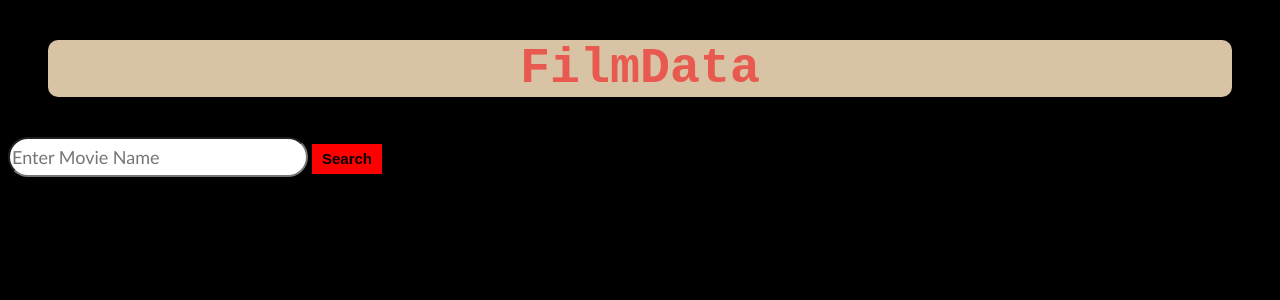
Repository: priyankajainmodi/film_data
Page: index.html
These files come from the project's save history. The page is drawn as it stood at one moment and after the next save; the edit follows.
The browser window is 1280 px wide. The pictures show the whole page.

Above is the page before, as saved 2021-11-25 22:31:33.

After the next save:
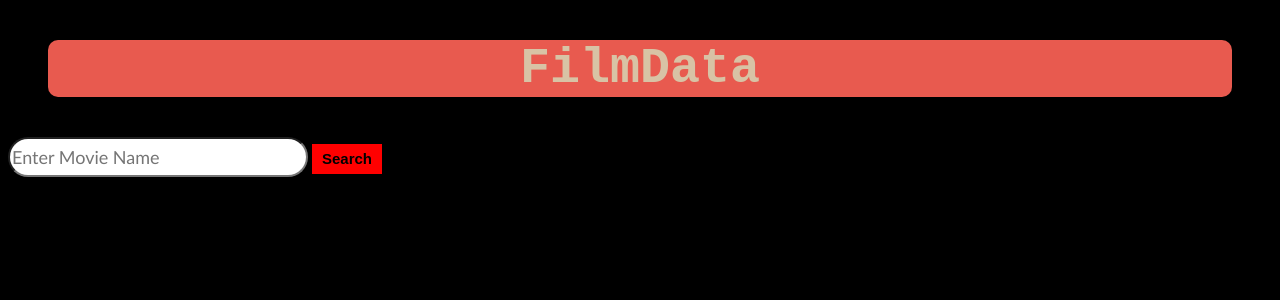
Saved 56 s later.
--- a/index.html
+++ b/index.html
@@ -47,7 +47,7 @@
 </head>
 
 <body bgcolor="#000">
-    <h1 id="heading" style="color:#E85A4F;margin-bottom:50;border-radius:10px; text-align:center;font-family:monospace;background-color:#D8C3A5;font-size:50px;margin:40px;">FilmData</h1>
+    <h1 id="heading" style="color:#D8C3A5;margin-bottom:50;border-radius:10px; text-align:center;font-family:monospace;background-color:#E85A4F;font-size:50px;margin:40px;">FilmData</h1>
 
     <div id="enter">
 
